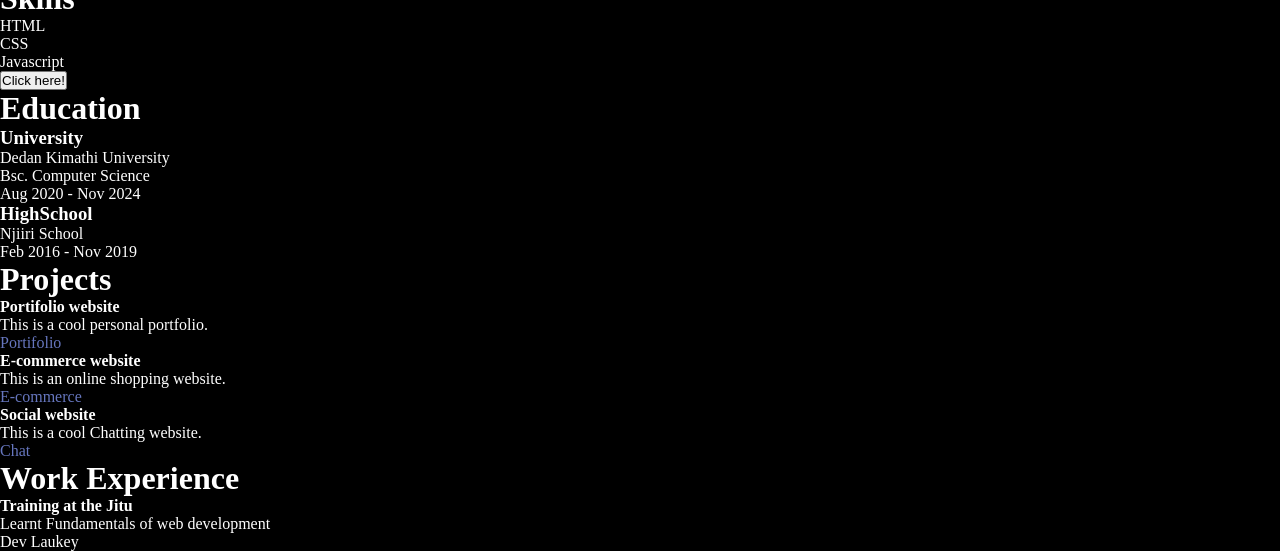
Repository: LaukeyMwaura/Jitu-Day-2
Page: index.html
These files come from the project's save history. The page is drawn as it stood at one moment and after a run of saves; the edit follows.
The browser window is 1280 px wide. The pictures show the part of the page from y = 640 to 1407 px (the page is 1191 px tall before and 1407 px after).
A picture or video elsewhere on the page could not be fetched, so the positions and the page height are approximate.

Above is the page before, as saved 2022-05-12 00:30:25.

After the next 2 saves:
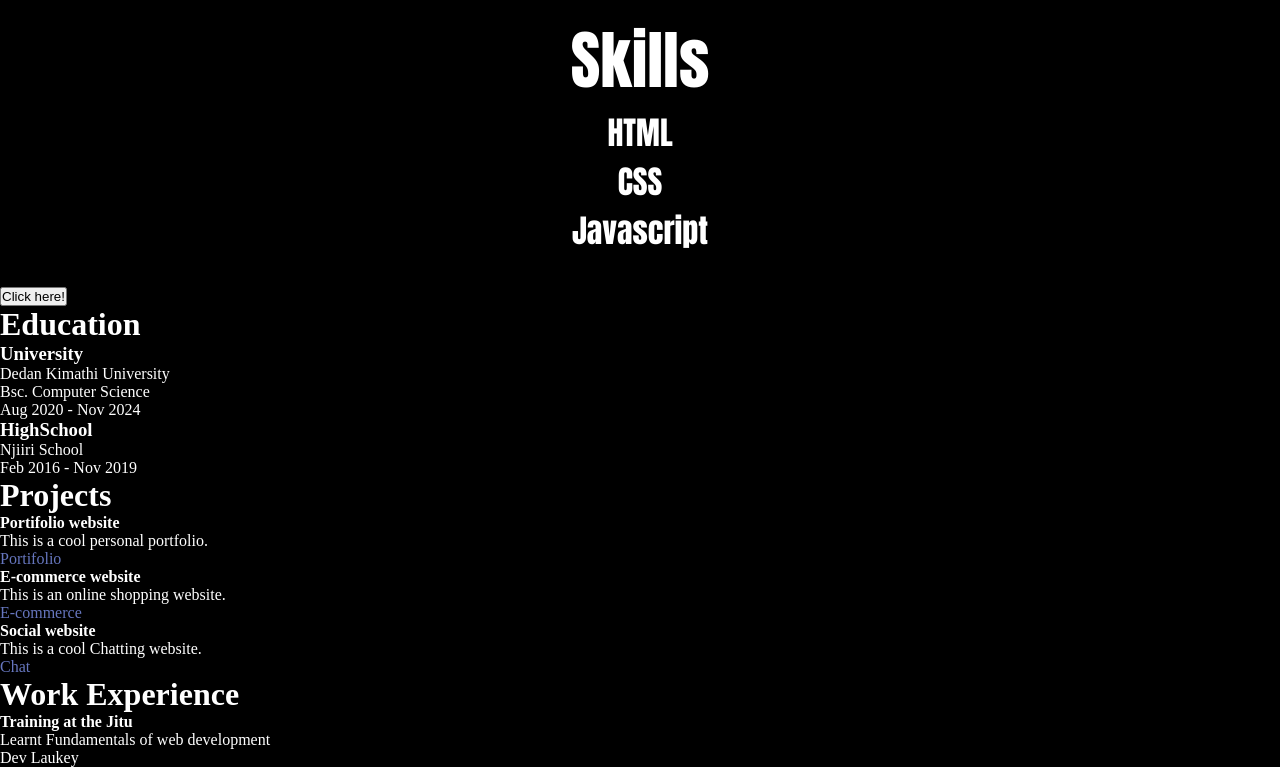
The 2 saves are shown as one change because they came seconds apart.
The last was saved 20 s later.
--- a/index.html
+++ b/index.html
@@ -47,7 +47,7 @@
 
 
     </div>
-    <div class="skills" id="skills" >
+    <div class="skills heading" id="skills" >
       <h1>Skills</h1>
       <ul>
         <li id="html">HTML</li>

After the save that followed:
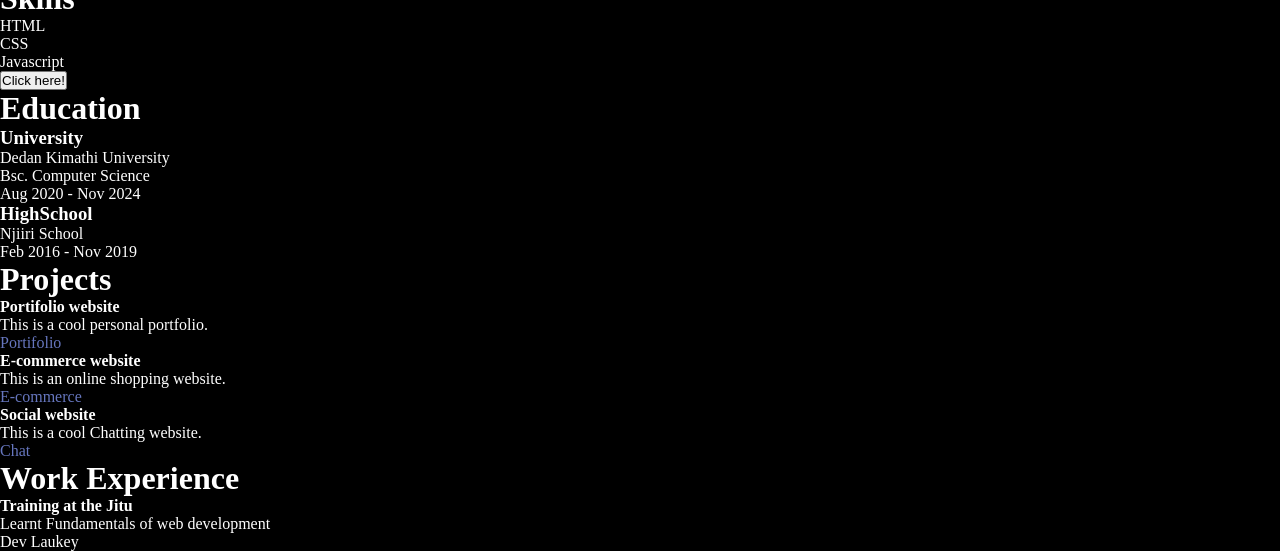
Saved 12 s later.
--- a/index.html
+++ b/index.html
@@ -47,7 +47,7 @@
 
 
     </div>
-    <div class="skills heading" id="skills" >
+    <div class="skills" id="skills" >
       <h1>Skills</h1>
       <ul>
         <li id="html">HTML</li>
